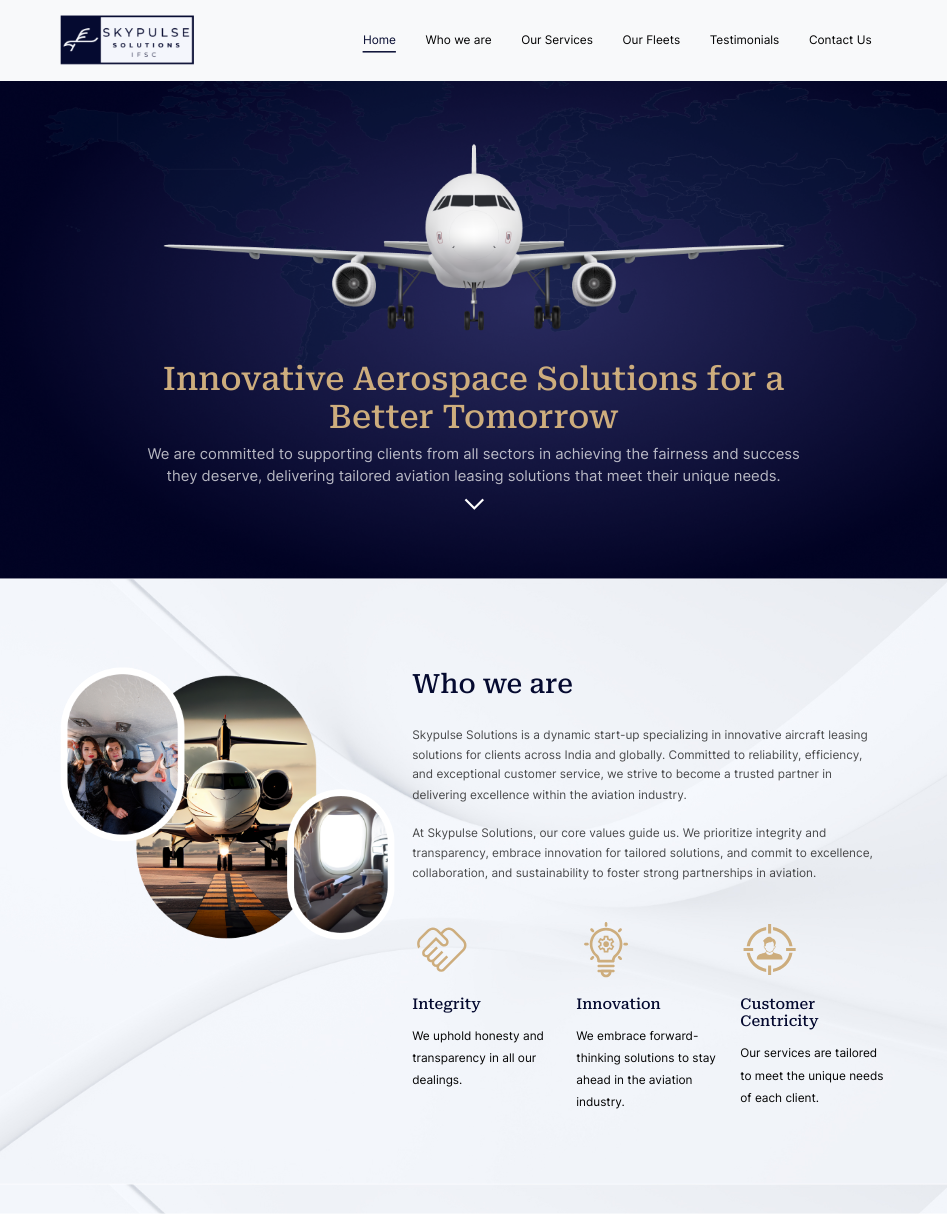
Repository: mangalravi/SkyPulse
Page: index.html
An editor plug-in stored every save of this project. The page is shown before and after the next save, followed by the edit.
The browser window is 1280 px wide. The pictures show the whole page, at 74% of full size.

Above is the page before, as saved 2024-12-30 10:41:09.

After the next save:
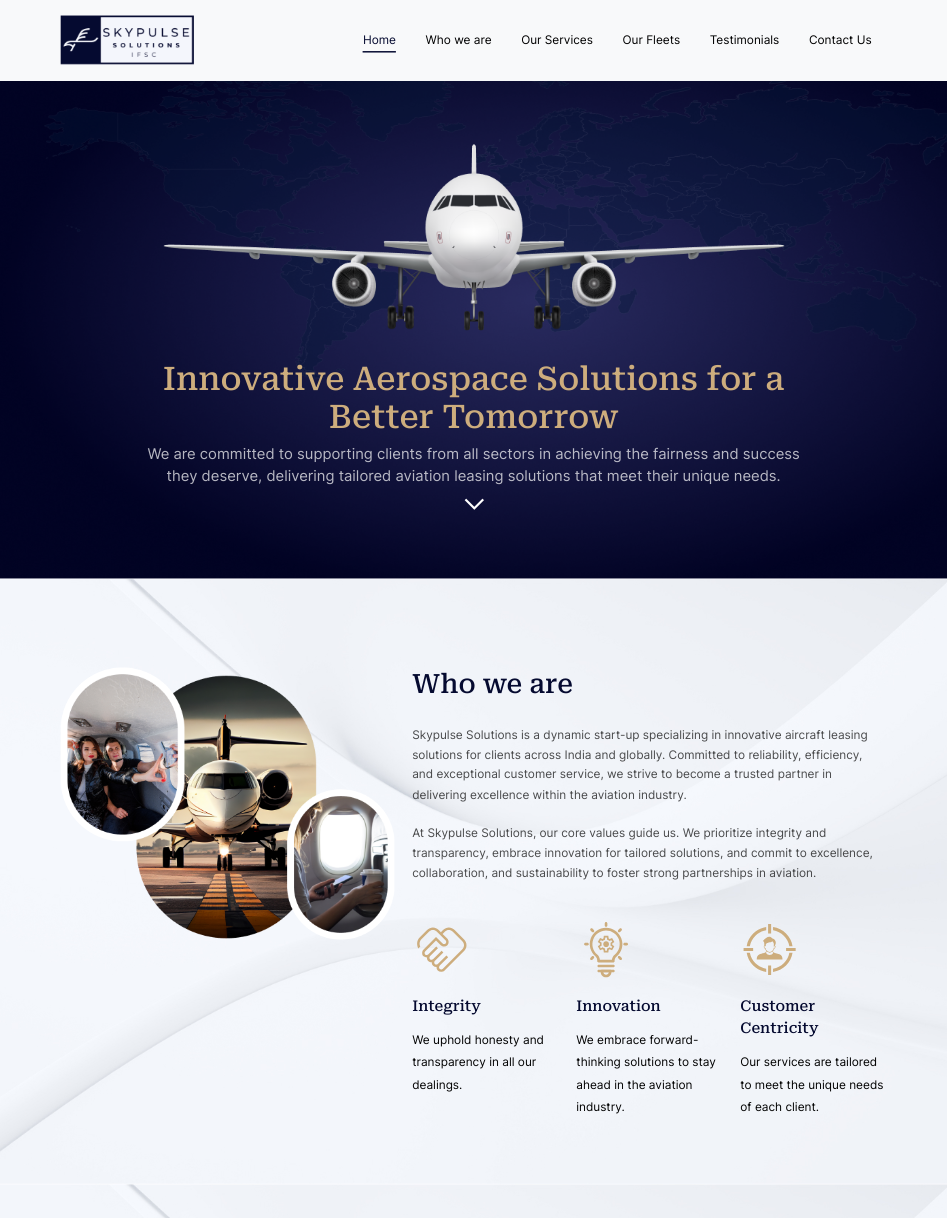
Saved 5 s later.
--- a/content/css/custom.css
+++ b/content/css/custom.css
@@ -114,5 +114,5 @@ opacity: 0.7;
 }
 .who-we-are h3{
   font-size: 1.25rem;
-  line
+  line-height: 1.875rem;
 }
